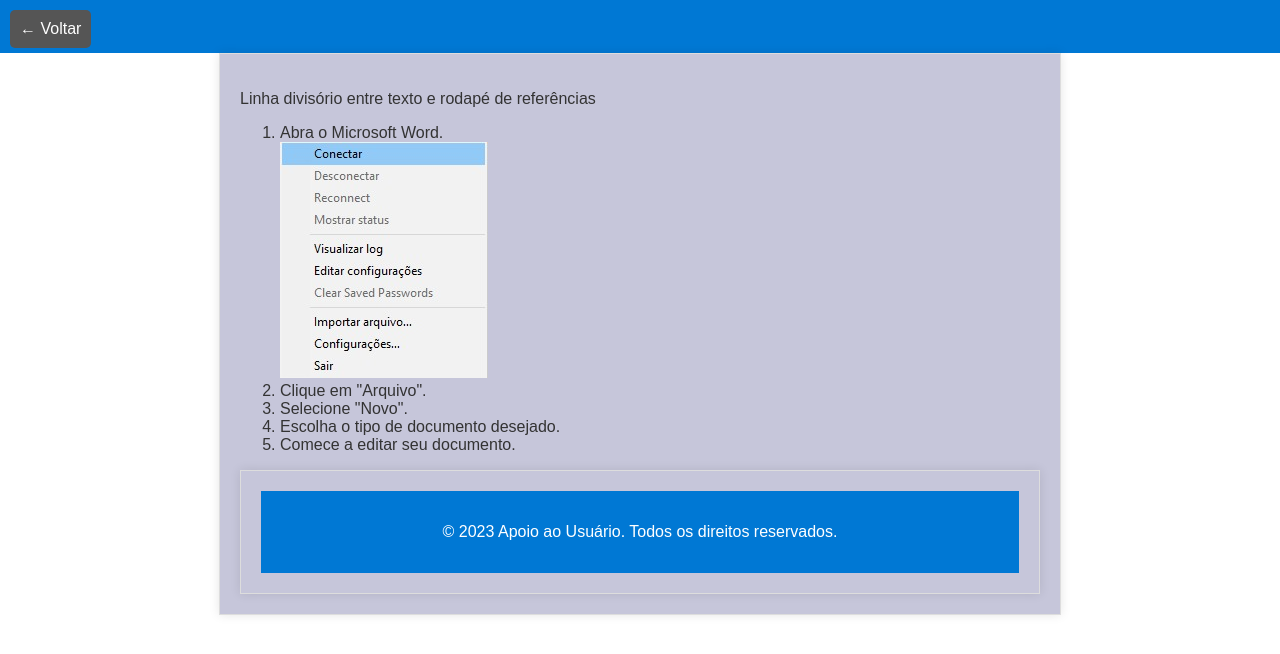
Repository: I4guito/dicasdez
Page: Dicas site/office365 tutoriais/wordtutoriais/linhadivisório.html
The author's editor kept a copy of each file at every save. The page is drawn from the files as they stood at one save, then again after the next save.
The browser window is 1280 px wide. The pictures show the whole page.

Above is the page before, as saved 2023-11-30 16:45:09.

### Dicas site/office365 tutoriais/wordtutoriais/linhadivisório.html
<!DOCTYPE html>
<html lang="pt-br">
<head>
    <meta charset="UTF-8">
    <meta name="viewport" content="width=device-width, initial-scale=1.0">
    <link rel="stylesheet" href="ztutor.css">
    <script src="/Dicas site/office365 tutoriais/wordtutoriais/tutors.js"></script>
    <title>Tutoriak</title>
</head>
<body>
    <header>
        <a href="javascript:history.back()" class="voltar-btn">&#8592; Voltar</a>
        <h1></h1>

    </header>

    <div class="container">
    <section class="tutorial-content">

        <p>Linha divisório entre texto e rodapé de referências</p>
        <ol>
            <li>Abra o Microsoft Word.</li>
            <img src="/Dicas site/Dicas/vpn images/conectar OpenVPN.jpeg" alt="Imagem">
            <li>Clique em "Arquivo".</li>
            <li>Selecione "Novo".</li>
            <li>Escolha o tipo de documento desejado.</li>
            <li>Comece a editar seu documento.</li>
        </ol>
    </section>
    <div class="container">

    <footer>
        <p>&copy; 2023 Apoio ao Usuário. Todos os direitos reservados.</p>
    </footer>
</body>
</html>

### Dicas site/office365 tutoriais/wordtutoriais/ztutor.css
body {
    font-family: 'Arial', sans-serif;
    margin: 0;
    padding: 0;
}

header {
    background-color: #0078D4;
    color: white;
    text-align: center;
    padding: 1rem;
}

header img {
    max-width: 100px;
    margin-top: 10px;
}

.container {
    max-width: 800px;
    margin: 0 auto;
    background-color: rgb(198, 198, 218);
    padding: 20px;
    box-shadow: 0 0 10px rgba(0, 0, 0, 0.1);
    border: 1px solid #ddd;
    color: #333;
}

.problems-list {
    max-width: 600px;
    margin: 20px auto;
    padding: 20px;
    border: 1px solid #ddd;
    border-radius: 5px;
}

.problems-list h2 {
    color: #0078D4;
}

.problems-list ul {
    list-style-type: none;
    padding: 0;
}

.problems-list li {
    margin: 10px 0;
    border-bottom: 1px solid #ddd;
    padding: 10px;
    background-color: #53616b;
}

.problems-list li:last-child {
    border-bottom: none; /
}

.problems-list a {
    text-decoration: none;
    color: #0078D4;
    transition: color 0.3s;
}

.problems-list a:hover {
    color: #004377;
}

footer {
    background-color: #0078D4;
    color: white;
    text-align: center;
    padding: 1rem;
}

.link-instrucoes {
    font-family:cursive;
    width: 50px;
    left: 10px;
    text-decoration: none;
    color: #fff;
    font-size: 25px;
    padding: 3px;
    background-color: #555;
    border: none;
    border-radius: 10px;
    cursor: pointer;
    transition:  background-color 0.3s;
}

.link-instrucoes:hover {
    background-color:#777
}


.voltar-btn {
    position: absolute;
    left: 10px;
    top: 10px;
    text-decoration: none;
    color: #fff;
    font-size: 16px;
    padding: 10px;
    background-color: #555;
    border: none;
    border-radius: 5px;
    cursor: pointer;
    transition: background-color 0.3s;
}

.voltar-btn:hover {
    background-color: #777;
}


.step {
    max-width: 800px;
    margin: 0 auto;
    background-color: #333;
    padding: 20px;
    box-shadow: 0 0 10px rgba(0, 0, 0, 0.1);
    border: 1px solid #ddd;
    color: #333;
    margin-bottom: 40px;
    padding: 20px;
    border-radius: 8px;
    box-shadow: 0 4px 8px rgba(0, 0, 0, 0.1);
}

### Dicas site/office365 tutoriais/wordtutoriais/tutors.js

const isOpera = navigator.userAgent.indexOf("OPR") > -1;


if (isOpera) {
  document.addEventListener("DOMContentLoaded", function () {
    document.querySelector("body").style.backgroundColor = "#005c4b";
    document.querySelector(".container").style.color = "#333";
    document.querySelector(".container").style.backgroundColor = "#006c6d";
  });
}

After the next save:
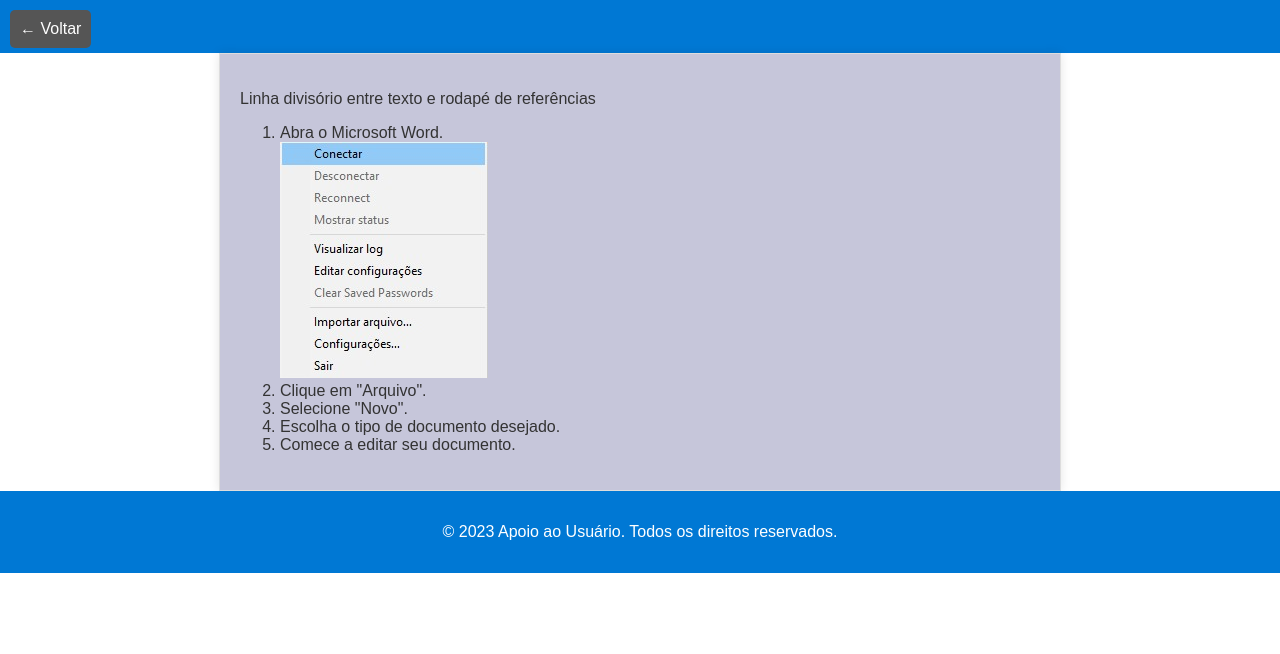
Saved 23 s later.
--- a/Dicas site/office365 tutoriais/wordtutoriais/linhadivisório.html
+++ b/Dicas site/office365 tutoriais/wordtutoriais/linhadivisório.html
@@ -27,7 +27,7 @@
             <li>Comece a editar seu documento.</li>
         </ol>
     </section>
-    <div class="container">
+    </div>
 
     <footer>
         <p>&copy; 2023 Apoio ao Usuário. Todos os direitos reservados.</p>
